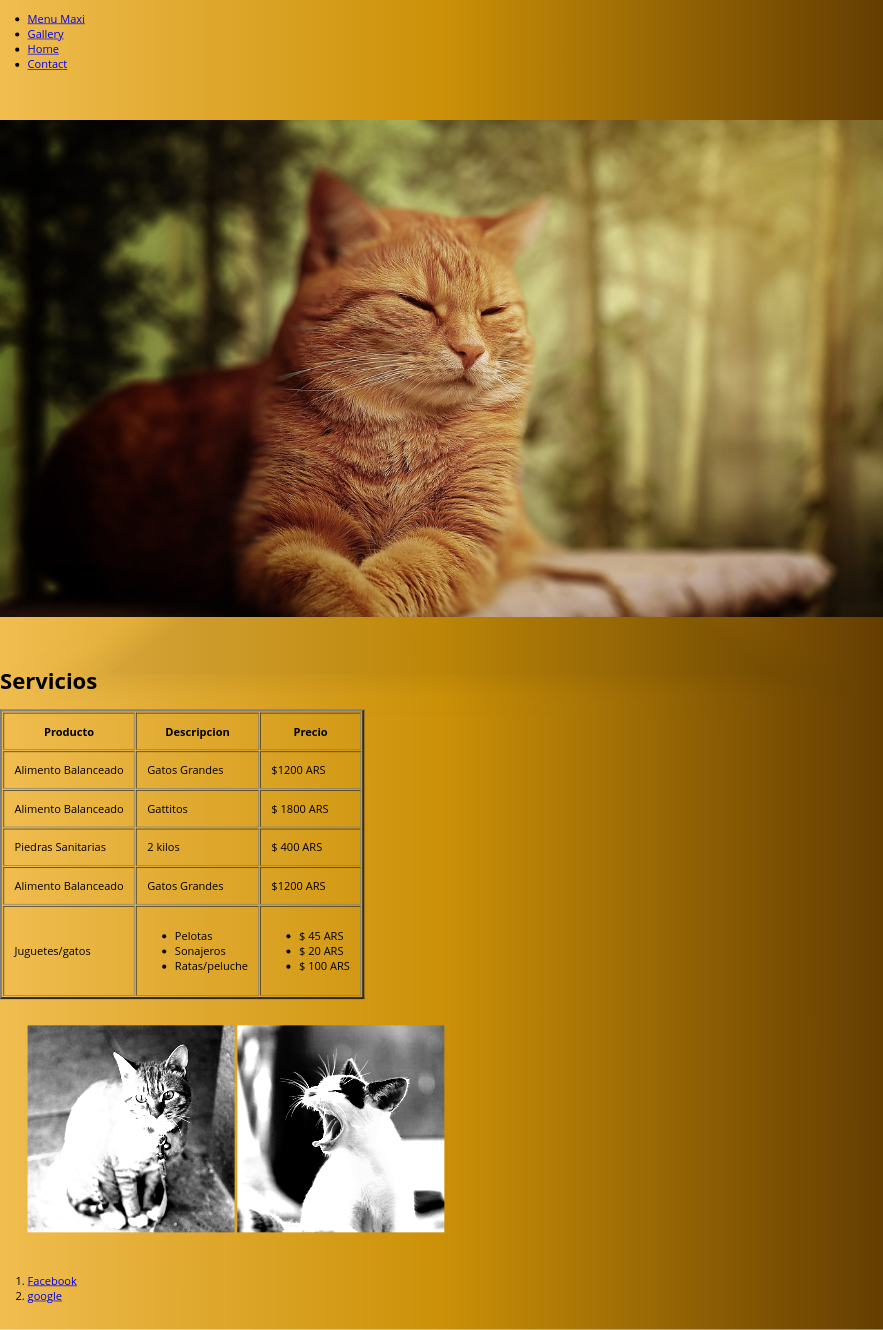
Repository: raul4264/final
Page: Services.html
An editor plug-in stored every save of this project. The page is shown before and after the next save, followed by the edit.
The browser window is 1280 px wide. The pictures show the whole page, at 69% of full size.

Above is the page before, as saved 2021-03-26 09:18:56.

After the next save:
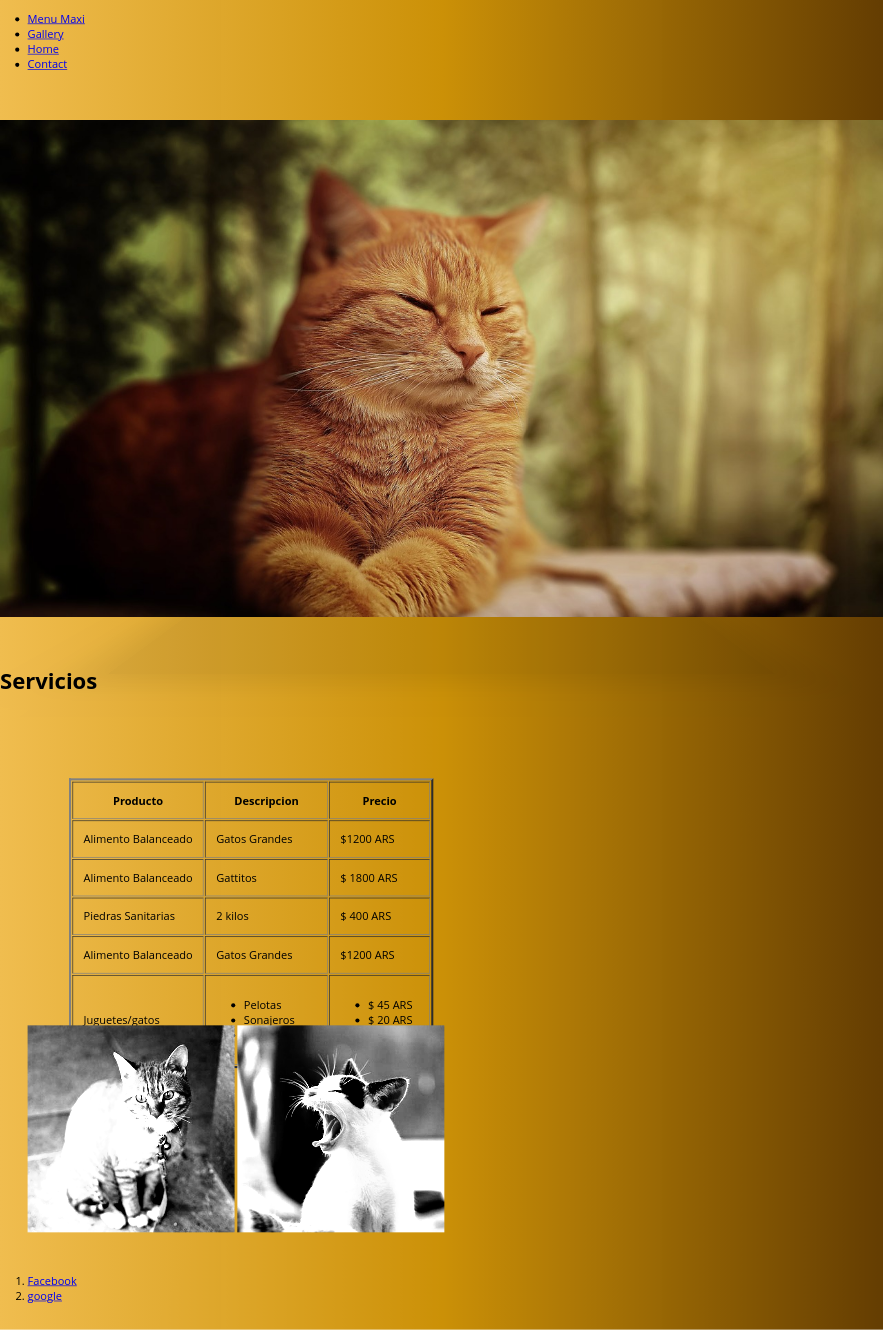
Saved 92 s later.
--- a/css/services.css
+++ b/css/services.css
@@ -93,3 +93,6 @@ background: linear-gradient(90deg, rgba(240,189,79,1) 0%, rgba(203,144,6,0.99483
     box-shadow: 0 0 25px 25px rgba(0, 0, 0, 0.5);
     transform: rotateX(0) translateZ(-60px) scale(0.85);
 }
+table{
+    transform:translate(100px, 100px) ;
+}

After the save that followed:
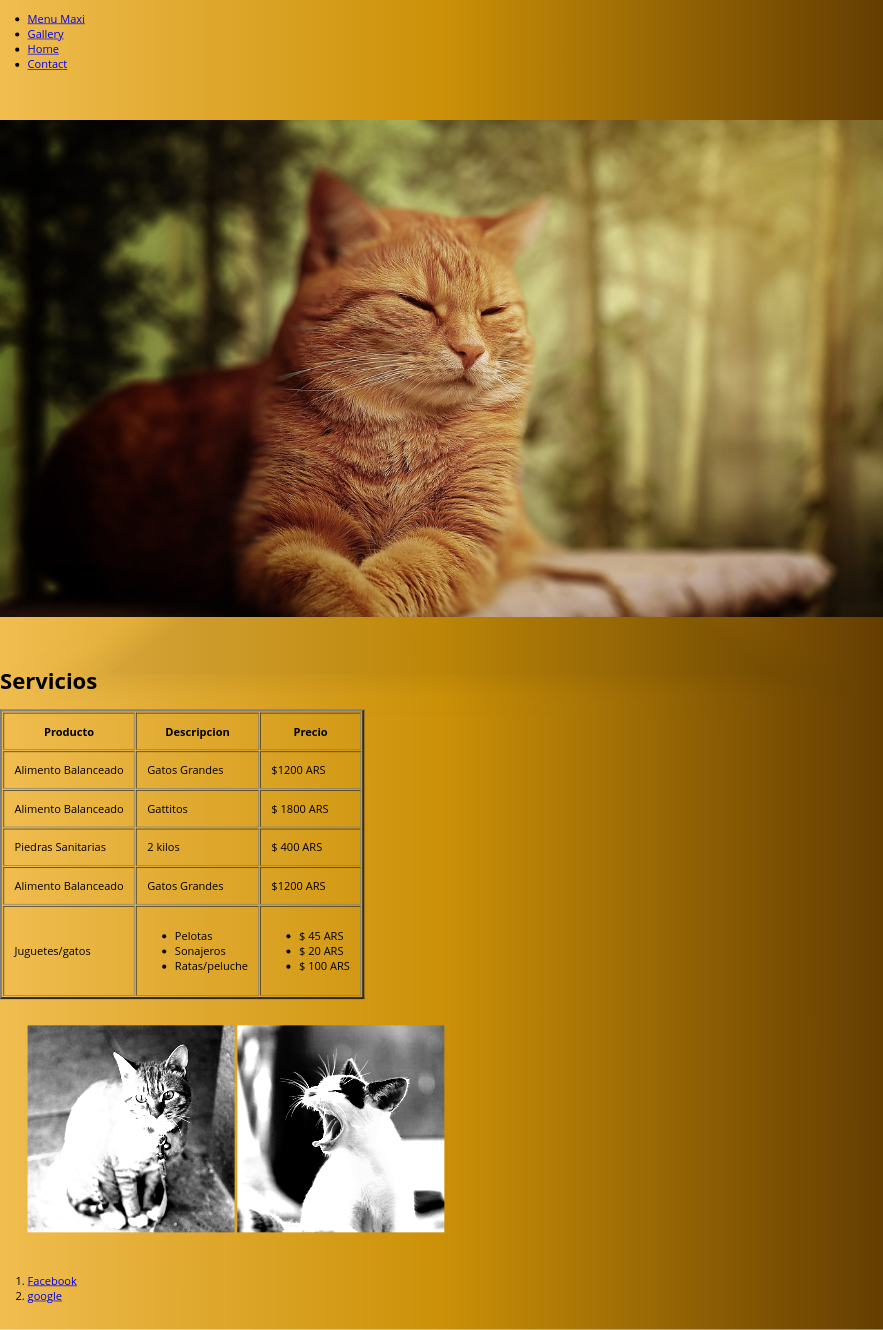
Saved 31 s later.
--- a/css/services.css
+++ b/css/services.css
@@ -94,5 +94,5 @@ background: linear-gradient(90deg, rgba(240,189,79,1) 0%, rgba(203,144,6,0.99483
     transform: rotateX(0) translateZ(-60px) scale(0.85);
 }
 table{
-    transform:translate(100px, 100px) ;
+
 }
